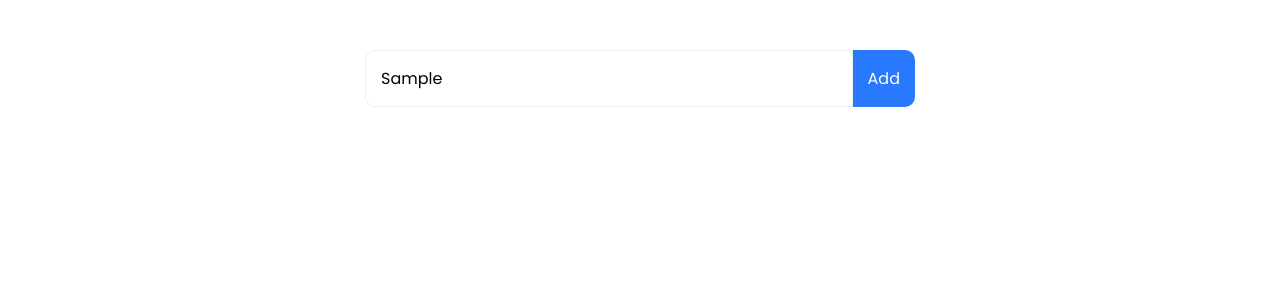
Repository: Kaii-Dev/js-course
Page: BAI-TAP/todolist/index.html
The author's editor kept a copy of each file at every save. The page is drawn from the files as they stood at one save, then again after the next save.
The browser window is 1280 px wide. The pictures show the whole page.
Empty fields were first filled with sample values (such as "Sample", 5 or name@example.com).
After loading, the first visible `form.todo-form` was clicked once.

Above is the page before, as saved 2021-12-22 20:00:49.

After the next save:
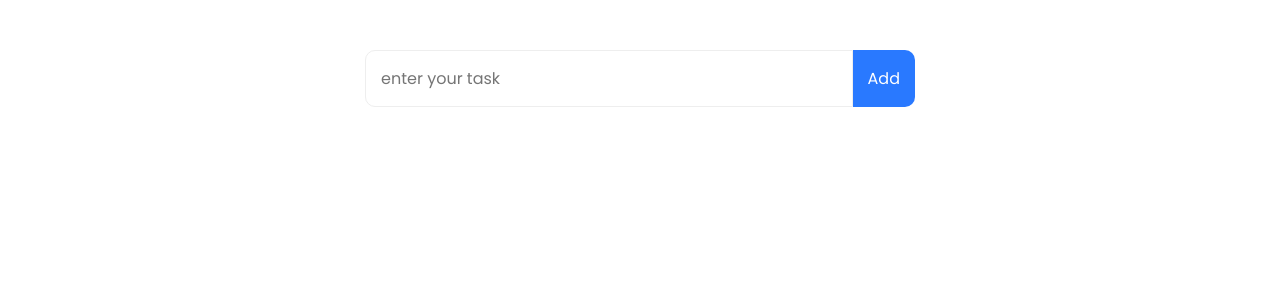
Saved 5 s later.
--- a/BAI-TAP/todolist/starter.js
+++ b/BAI-TAP/todolist/starter.js
@@ -9,6 +9,6 @@
                e.preventDefault();
                const todoVal = form.elements["todo"].value; // kien thuc trong bai form
 
-               form.elements["todo"]
+               form.elements["todo"].value = "";
             })
          })
